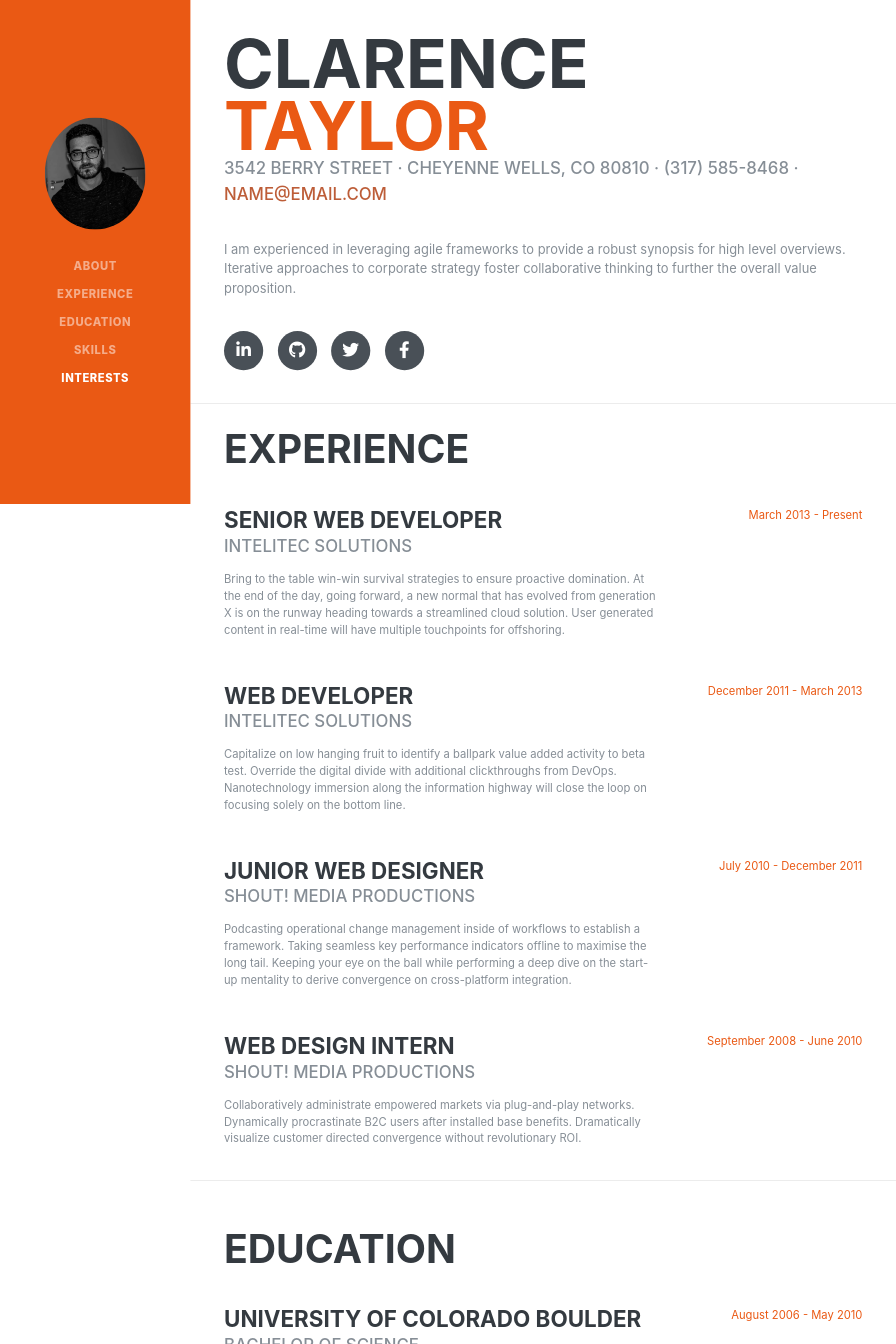
Repository: gello94/antonio_augello_online_Resume
Page: http://localhost/
The author's editor kept a record of every edit. The page is drawn from the files as they stood at one moment, then again after the next edit.
The browser window is 1280 px wide. The pictures show the part of the page from y = 0 to 1920 px (the page is 3994 px tall), at 70% of full size.
Some web fonts or font styles are not loaded; a fallback is used. The page is served by the project's application, run on Flask 3 (run.py).

Above is the page before.

After the next edit:
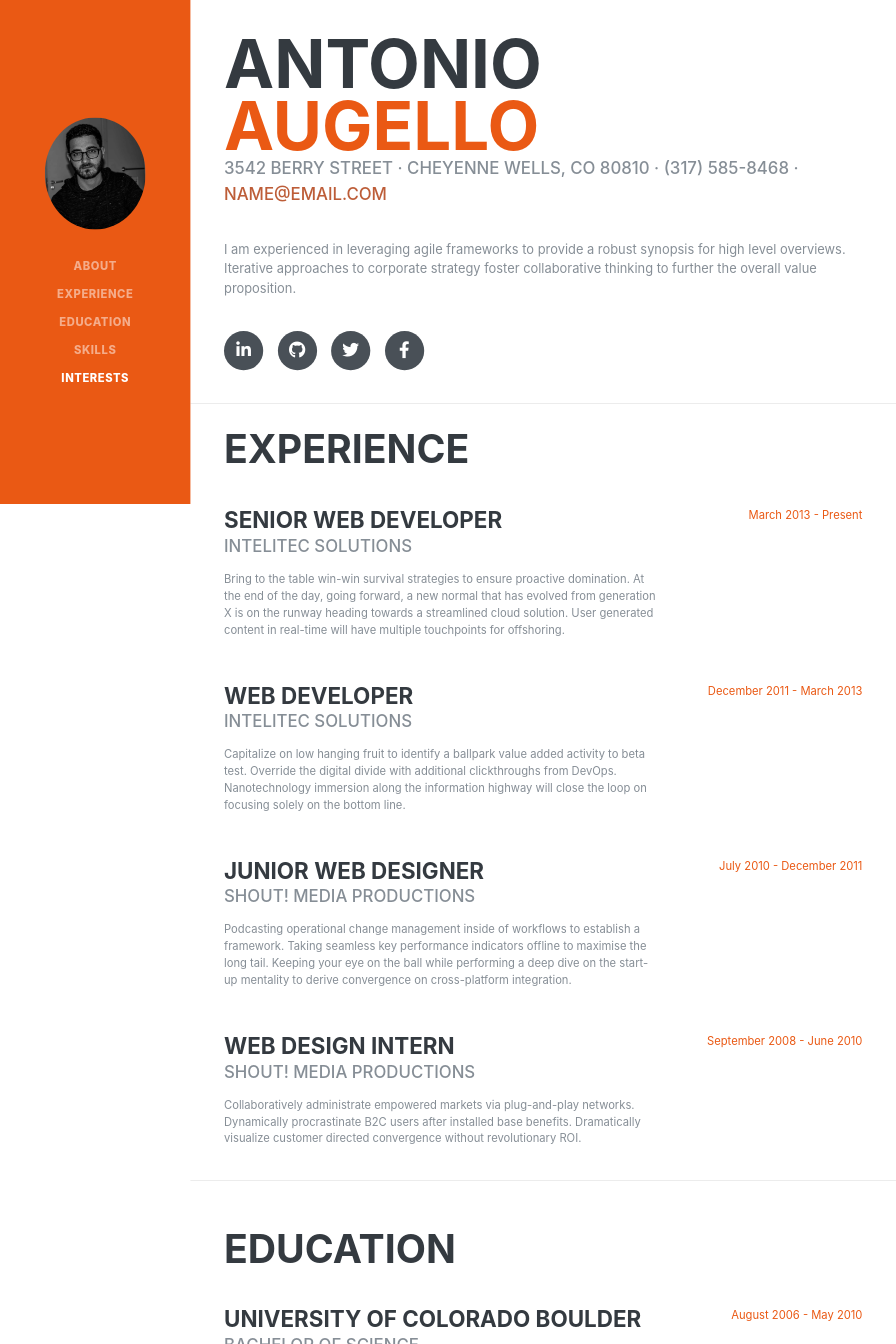
The edit:
--- a/templates/index.html
+++ b/templates/index.html
@@ -61,8 +61,8 @@
 
     <section class="resume-section p-3 p-lg-5 d-flex align-items-center" id="about">
       <div class="w-100">
-        <h1 class="mb-0">Clarence
-          <span class="text-primary">Taylor</span>
+        <h1 class="mb-0">Antonio
+          <span class="text-primary">Augello</span>
         </h1>
         <div class="subheading mb-5">3542 Berry Street · Cheyenne Wells, CO 80810 · (317) 585-8468 ·
           <a href="mailto:name@email.com">name@email.com</a>
